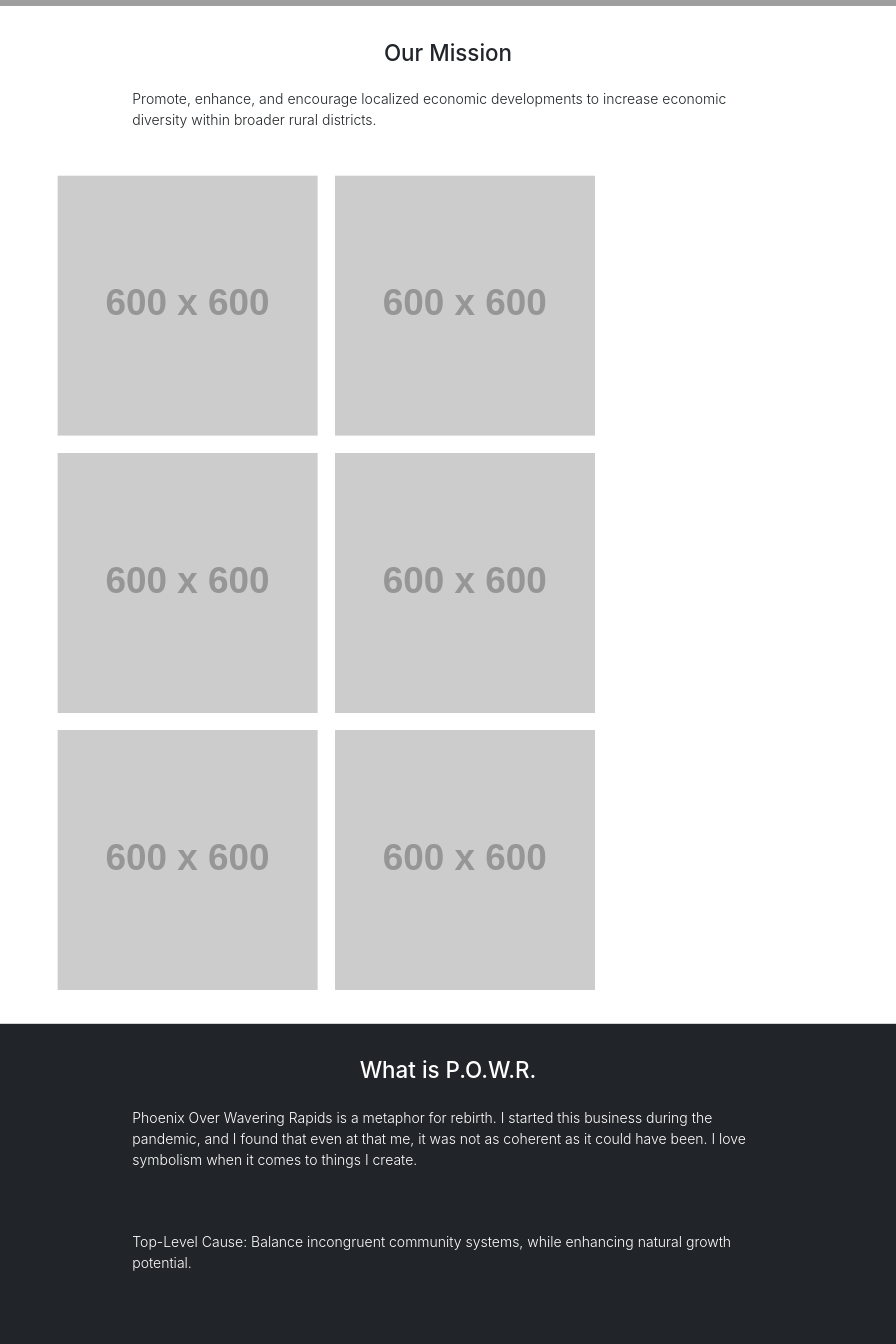
Repository: DragonFruit8/basic-website
Page: /
The author's editor kept a copy of each file at every save. The page is drawn from the files as they stood at one save, then again after a run of saves.
The browser window is 1280 px wide. The pictures show the part of the page from y = 712 to 2632 px (the page is 3681 px tall before and 2913 px after), at 70% of full size.
Pictures or frames that could not be fetched are drawn as grey boxes. The project was rebuilt for these pictures with package versions that can differ from the ones it lists, and the page was loaded fresh each time. Also part of the build but not shown: src/Img/ProductImage.js, src/pages/ShopPage.js.

Above is the page before, as saved 2024-06-23 09:38:08.

### public/index.html
<!DOCTYPE html>
<html lang="en">
  <head>
    <meta charset="utf-8" />
    <link rel="icon" href="%PUBLIC_URL%/favicon.ico" />
    <meta name="viewport" content="width=device-width, initial-scale=1" />
    <meta name="theme-color" content="#000000" />
    <meta
      name="description"
      content="Web site created using create-react-app"
    />
    <link rel="apple-touch-icon" href="%PUBLIC_URL%/logo192.png" />
    <!--
      manifest.json provides metadata used when your web app is installed on a
      user's mobile device or desktop. See https://developers.google.com/web/fundamentals/web-app-manifest/
    -->
    <link rel="manifest" href="%PUBLIC_URL%/manifest.json" />
    <link href="https://cdn.jsdelivr.net/npm/bootstrap@5.3.3/dist/css/bootstrap.min.css" rel="stylesheet" integrity="sha384-QWTKZyjpPEjISv5WaRU9OFeRpok6YctnYmDr5pNlyT2bRjXh0JMhjY6hW+ALEwIH" crossorigin="anonymous">
    <!--
      Notice the use of %PUBLIC_URL% in the tags above.
      It will be replaced with the URL of the `public` folder during the build.
      Only files inside the `public` folder can be referenced from the HTML.

      Unlike "/favicon.ico" or "favicon.ico", "%PUBLIC_URL%/favicon.ico" will
      work correctly both with client-side routing and a non-root public URL.
      Learn how to configure a non-root public URL by running `npm run build`.
    -->
    <title>React App</title>
  </head>
  <body>
    <noscript>You need to enable JavaScript to run this app.</noscript>
    <div id="root"></div>
    <!--
      This HTML file is a template.
      If you open it directly in the browser, you will see an empty page.

      You can add webfonts, meta tags, or analytics to this file.
      The build step will place the bundled scripts into the <body> tag.

      To begin the development, run `npm start` or `yarn start`.
      To create a production bundle, use `npm run build` or `yarn build`.
    -->
    <script src="https://cdn.jsdelivr.net/npm/@popperjs/core@2.11.8/dist/umd/popper.min.js" integrity="sha384-I7E8VVD/ismYTF4hNIPjVp/Zjvgyol6VFvRkX/vR+Vc4jQkC+hVqc2pM8ODewa9r" crossorigin="anonymous"></script>
<script src="https://cdn.jsdelivr.net/npm/bootstrap@5.3.3/dist/js/bootstrap.min.js" integrity="sha384-0pUGZvbkm6XF6gxjEnlmuGrJXVbNuzT9qBBavbLwCsOGabYfZo0T0to5eqruptLy" crossorigin="anonymous"></script>
  </body>
</html>

### src/App.js
import React from 'react';
import { BrowserRouter as Router, Routes, Route } from 'react-router-dom';
import './App.css';
import Navbar from './components/Navbar';
import Sidebar from './components/Sidebar';
import HomePage from './pages/HomePage';
import ShopPage from './pages/ShopPage';

function App() {

  return (
    <>
      <Router>
        <Navbar />
        <Sidebar />
        <Routes>
          <Route path="/" element={<HomePage />} />
          <Route path="/shop" element={<ShopPage />} />
        </Routes>
   </Router>
    </>
  );
}

export default App;

### src/App.css
.App {
  text-align: center;
  z-index: -10;
}

.App-logo {
  height: 40vmin;
  pointer-events: none;
  z-index: 0;
}

@media (prefers-reduced-motion: no-preference) {
  .App-logo {
    animation: App-logo-spin infinite 20s linear;
  }
}

.App-header {
  background-color: #282c34;
  min-height: 100vh;
  display: flex;
  flex-direction: column;
  align-items: center;
  justify-content: center;
  font-size: calc(10px + 2vmin);
  color: white;
}

.App-link {
  color: #61dafb;
}
#sidebar {
  display: flex;
  flex-direction: column;
  background-color: transparent !important;
  height: 100%;
  width: 100px;
  position: fixed;
  top: 55px;
  left: 0;
  z-index: 1;
  overflow-x: hidden;
  padding-top: 20px;
  z-index: 10;
  /* rounded corners*/
  border-radius: 100px;

}

#offcanvasNavbar{
  position: fixed;
  margin-top: 55px;
}

#sidebarButton {
  position: absolute;
  bottom: 100px;
  left: 0px;
  width: 75px;
  height: 75px;
  border: none;
  color: white;
  padding: 10px 10px;
  text-align: center;
  text-decoration: none;
  display: inline-block;
  font-size: 16px;
  margin: auto auto -30px 10px;
  cursor: pointer;
  z-index: 100;
  border-radius: 100%;
  background-color: #007bff;
}

#closeButton, .btn-close {
  color: white !important;
  margin-left: 15px;
}
#aboutSec {
  height: 75vh;
}
.offcanvas-body {
 padding: 0 100px 0 100px;
}
#luna {
  position: relative;
  background-size: cover;
  background-repeat: no-repeat;
  background-position: center;
  height: auto;
  width: 250px;
  margin: 0 auto;
}

/* HomePage Hero */
.hero {
  height: 100vh;
  width: 100%;
  display: flex;
  align-items: center;
  color: white !important;
  text-align: center;
  font-size: 2rem;
  font-weight: 700;
  background: url('https://unsplash.com/photos/photo-of-outer-space-Q1p7bh3SHj8');
  background-size: cover;
  background-repeat: no-repeat;
  background-position: center;
  background-color: rgba(0, 0, 0, 0.8);

}
.hero-content
.dropdown-item {
  width: 100%;
  margin: 0 auto;
  color: white;
  background-color: #007bff;
}
.dropdown-item:hover {
  background-color: #0056b3;
  color: white;
}


a.nav-link, a.nav-item {
  color: white !important;
}
a.nav-link, a.nav-item {
 padding: 20px 0 20px 0;
}

a.nav-link:hover, a.nav-item:hover {
  color: #ffd000 !important;
}
a.active {
  color: #007bff !important;
}

/* Shop */
.shop {
  height: auto;
  width: 100%;
  display: flex;
  align-items: center;
  color: white !important;
  flex-direction: col !important;
  text-align: center;
  font-size: 2rem;
  font-weight: 700;
  background: url('https://unsplash.com/photos/photo-of-outer-space-Q1p7bh3SHj8');
  background-size: cover;
  background-repeat: no-repeat;
  background-position: center;
  background-color: rgba(0, 0, 0, 0.8);
  flex-wrap: wrap;
  padding-top: 150px;
  padding: 150px 0 150px 0;

}
#shopItem {
  min-width: 400px;
  margin: 0 auto;
  color: white;
  list-style-type: none;
  padding: 0;
}

@keyframes App-logo-spin {
  from {
    transform: rotate(0deg);
  }
  to {
    transform: rotate(360deg);
  }
}

### src/components/Navbar.js
import React from 'react';
import data from '../../src/data';
// import axio from '../Instance';
// import Button from 'react-bootstrap/Button';
// import Modal from 'react-bootstrap/Modal';


const Navbar = () => {

    // const [email, setEmail] = useState('');
    // const [comment, setComment] = useState('');
    // const [show, setShow] = useState(false);

    // const handleClose = () => setShow(false);
    // const handleShow = () => setShow(true);

    // const clearForm = () => {
    //     setEmail('');
    //     setComment('');
    // };



    // const handleSubmit = (event) => {
    //     event.preventDefault();

    //     axio.post('/comments', {
    //         email,
    //         comment
    //     })
    //         .then(() => {
    //             console.log('Review submitted');
    //         })
    //         .catch((error) => {
    //             console.log(error);
    //         });
    //     clearForm();
    // };

    const path = window.location.pathname;
    return (
        <>
            {/* navbar navbar-expand-lg bg-body-tertiary navbar-dark bg-dark */}
            <nav className="navbar navbar-dark navbar-expand-lg bg-dark fixed-top">
                <div className="container-fluid ps-5">
                    <a className="navbar-brand" href="/">LOGO</a>
                    <button className="navbar-toggler" type="button" data-bs-toggle="collapse" data-bs-target="#navbarNav" aria-controls="navbarNav" aria-expanded="false" aria-label="Toggle navigation">
                        <span className="navbar-toggler-icon"></span>
                    </button>
                    <div className="collapse navbar-collapse" id="navbarNav">
                        <ul className="navbar-nav my-2 ms-auto me-0">
                            <li className="nav-item">
                                <a className={`nav-link ${path === `/${data.link1.b}` ? 'active' : ''}`} aria-current="page" href={`/${data.link1.b}`}>{data.link1.a}</a>
                            </li>
                            <li className="nav-item">
                                <a className={`nav-link ${path === `/${data.link2.b}` ? 'active' : ''}`} aria-current="page" href={`/${data.link2.b}`}>{data.link2.a}</a>
                            </li>
                            <li className="nav-item">
                                <a className={`nav-link ${path === `/${data.link3.b}` ? 'active' : ''}`} aria-current="page" href={`/${data.link3.b}`}>{data.link3.a}</a>
                            </li>
                        </ul>
                        {/* <span id='reviewModal' className="d-flex">
                                <Button variant="primary" onClick={handleShow}>Write a Review</Button>
                            </span> */}
                    </div>
                </div>
            </nav>
            {/* <Modal show={show} onHide={handleClose}>
                <Modal.Header closeButton>
                    <Modal.Title>Modal heading</Modal.Title>
                </Modal.Header>
                <Modal.Body>
                    <div
                        className="modal show"
                        style={{ display: 'block', position: 'initial' }}
                    >
                        <form // onSubmit={handleSubmit}
                        >
                            <div className="form-group">
                                <label htmlFor="email"
                                    className='form-label fs-5'
                                >Email</label>
                                <input
                                    type="email"
                                    id="email"
                                    value={email}
                                    onChange={(event) => setEmail(event.target.value)}
                                    required
                                    className='form-control'
                                />
                            </div>
                            <div className="form-group">
                                <label htmlFor="comment"
                                    className='form-label fs-5'
                                >Comment</label>
                                <textarea
                                    id="comment"
                                    value={comment}
                                    onChange={(event) => setComment(event.target.value)}
                                    required
                                    className='form-control'
                                />
                            </div>
                            <Button type="submit">Submit</Button>
                        </form>
                    </div>
                </Modal.Body>
                <Modal.Footer>
                    <Button variant="secondary" onClick={handleClose}>
                        Close
                    </Button>
                </Modal.Footer>
            </Modal> */}
        </>
    );
}

export default Navbar;

### src/components/Sidebar.js
import React from 'react'

export const canvasButton = () => {
    return (
        <button id='sidebarButton' className="btn btn-primary" type="button" data-bs-toggle="offcanvas" data-bs-target="#offcanvasNavbar" aria-controls="offcanvasNavbar">
        MENU
        </button>
    )
    }
export default function Sidebar() {

    return (
        <div>
            <sidebar id="sidebar" className="navbar bg-body-tertiary fixed-top">
                <div className="container-fluid">
                    <div className="offcanvas offcanvas-start bg-dark" tabindex="-1" id="offcanvasNavbar" aria-labelledby="offcanvasNavbarLabel">

                        <div className="offcanvas-body">
                            <ul className="navbar-nav justify-content-end flex-grow-1 pe-3 mt-5">

                                        <li><a className="nav-link" href="/shop">Shop</a></li>
                                        <li><a className="nav-link" href="/">Review</a></li>
                                        <li>
                                            <hr className="dropdown-divider" />
                                        </li>
                                        <li><a className="nav-link" href="/">Vote</a></li>
                            </ul>
                            {/* <form className="d-flex mt-3" role="search">
                                <input className="form-control me-2" type="search" placeholder="Search" aria-label="Search" />
                                <button className="btn btn-outline-success" type="submit">Search</button>
                            </form> */}
                        </div>
                    <div className="offcanvas-footer d-flex justify-content-start mb-5 ms-3">
                        {/* <h5 className="offcanvas-title" id="offcanvasNavbarLabel"></h5> */}
                        <button id='close' type="button" className="btn-close" data-bs-dismiss="offcanvas" aria-label="Close"></button>
                    </div>
                    </div>
                </div>
                {
                    canvasButton()
                }
            </sidebar>


        </div>
    )
}

### src/pages/HomePage.js
import React from 'react';
import MissionSec from '../sections/MissionSec';
import AboutSec from '../sections/AboutSec';
import ServiceSec from '../sections/ServiceSec';
import SupportSec from '../sections/SupportSec';
import HeroSec from '../sections/HeroSec';

const HomePage = () => {
    return (
        <>
            <HeroSec />
            <MissionSec />
            <AboutSec />
            <ServiceSec />
            <SupportSec />
        </>
    );
};

export default HomePage;

### src/data.js
const data = {
    thcProductsLink: { a: 'THC Products', b: 'thc-products' },
    ballroomDanceLessonsLink: { a: 'Ballroom Dance Lessons', b: 'ballroom-dance-lessons' },
    reviewsLink: { a: 'Reviews', b: 'reviews' },
    link1: { a: 'Shop', b: 'shop' },
    link2: { a: 'Review', b: 'review' },
    link3: { a: 'Vote', b: 'vote' }
};

export default data;

### src/sections/MissionSec.js
import React from 'react'

function MissionSec() {
  return (
      <section>
          <div className="container py-5">
          <div className="row justify-content-center gap-5">
            <div className="col-lg-10 d-flex row gap-4">
              <h2 className="text-center">Our Mission</h2>
                      <p className="lead">Promote, enhance, and encourage localized economic developments to increase economic
                          diversity within broader rural districts.</p>
            </div>

          <div className="d-flex flex-wrap gap-4">
            {/* Data Items .map + flex-wrap min-width */}
                  <div className="col-4">
                  <img src="https://via.placeholder.com/600" alt="placeholder" className="img-fluid" />
                  </div>
                  <div className="col-4">
                  <img src="https://via.placeholder.com/600" alt="placeholder" className="img-fluid" />
                  </div>
                  <div className="col-4">
                  <img src="https://via.placeholder.com/600" alt="placeholder" className="img-fluid" />
                  </div>
                  <div className="col-4">
                  <img src="https://via.placeholder.com/600" alt="placeholder" className="img-fluid" />
                  </div>
                  <div className="col-4">
                  <img src="https://via.placeholder.com/600" alt="placeholder" className="img-fluid" />
                  </div>
                  <div className="col-4">
                  <img src="https://via.placeholder.com/600" alt="placeholder" className="img-fluid" />
                  </div>
                              </div>
              </div>
        </div>
      </section>
  )
}

export default MissionSec

### src/sections/AboutSec.js
import React from 'react'

function AboutSec() {
  return (
      <section id="aboutSec" className='bg-dark text-white'>
          <div className="container py-5">
          <div className="row justify-content-center gap-5">
          <div className="col-lg-10 d-flex row gap-4">
              <h2 className="text-center">What is P.O.W.R.</h2>
            <p className="lead">Phoenix Over Wavering Rapids is a metaphor for rebirth. I started this business during the pandemic, and I
              found that even at that me, it was not as coherent as it could have been. I love symbolism when it comes to
              things I create.</p>
            <br />
            <p className="lead">Top-Level Cause: Balance incongruent community systems, while enhancing natural growth potential. </p>
          </div>
        </div>
      </div>
      </section>
  )
}

export default AboutSec

### src/sections/ServiceSec.js
import React from 'react'

function ServiceSec() {
  return (
    <section>
      <div className="container py-5">
        <div className="row justify-content-center gap-5">
          <div className="col-lg-10 d-flex row gap-4">
            <h2 className="text-center">Our Mission</h2>
          </div>

          <div class="container px-5">
            <div className="row justify-content-center flex-wrap">
            {/* Data Items .map + flex-wrap min-width */}
              <div className="col">
                <div class="card">
                  <div class="card-body">
                  <h2 className="card-title d-flex justify-content-center">Website Development</h2>
                    <img src="https://via.placeholder.com/600" alt="placeholder" className="img-fluid" />
                    <div class="card-footer d-flex p-0 mt-4">
                    <button className="btn btn-primary flex-fill">Button</button>
                    </div>
                  </div>
                </div>
              </div>
              <div className="col">
                <div class="card">
                  <div class="card-body">
                  <h2 className="card-title d-flex justify-content-center">Notary Public</h2>
                    <img src="https://via.placeholder.com/600" alt="placeholder" className="img-fluid" />
                    <div class="card-footer d-flex p-0 mt-4">
                    <button className="btn btn-primary flex-fill">Button</button>
                    </div>
                  </div>
                </div>
              </div>
              <div className="col">
                <div class="card">
                  <div class="card-body">
                  <h2 className="card-title d-flex justify-content-center">DJ Events</h2>
                    <img src="https://via.placeholder.com/600" alt="placeholder" className="img-fluid" />
                    <div class="card-footer d-flex p-0 mt-4">
                    <button className="btn btn-primary flex-fill">Button</button>
                    </div>
                  </div>
                </div>
              </div>
            </div>
                    </div>
          </div>
      </div>
    </section>
  )
}

export default ServiceSec

### src/sections/SupportSec.js
import React from 'react'
// import Badge from 'react-bootstrap/Badge';
import LunaLogo from '../Img/LunaLogo';

const SupportSec = () => {


    return (
      <section id="supportSec" className='bg-dark text-white'>
        <div className="container py-5">
          <div className="row justify-content-center gap-5">
            <div className="col-lg-12 d-flex row gap-5">
              <h2 className="text-center">Support</h2>
              <div className='row gap-5 flex-wrap my-2'>
                <div className='col py-2'>
                  <LunaLogo />
                </div>
                <div className='col py-2'>
                 <LunaLogo />
                </div>
                <div className='col py-2'>
                  <LunaLogo />
                </div>
                <div className='col py-2'>
                  <LunaLogo />
                </div>
                <div className='col py-2'>
                  <LunaLogo />
                </div>
                <div className='col py-2'>
                  <LunaLogo />
                </div>
              </div>
            </div>
          </div>
        </div>
      </section>

)
}

export default SupportSec

### src/sections/HeroSec.js
import React from 'react';

const HeroSec = () => {
    return (
        <section className="hero">
            <div className="container">
                <div className="row justify-content-center">
                    <div className="col-lg-6">
                        <div className="hero-content">
                            <h1>Welcome to My Website</h1>
                            <p>Discover the amazing POWR of our products.</p>
                            <button className="btn btn-primary">Get Started</button>
                        </div>
                    </div>
                </div>
            </div>
        </section>
    );
};

export default HeroSec;

### src/Img/LunaLogo.js
import React from 'react'
import '../../src/Img/Luna_logo.png'
const LunaLogo = () => {
    const logo = require('../../src/Img/Luna_logo.png')
  return (
      <div>
          <img id='luna' src={logo} alt="placeholder" className="img-fluid" />
      </div>
  )
}

export default LunaLogo

Loaded but not shown: src/index.js (common file); src/index.css (common file); src/reportWebVitals.js (common file)

After the next 5 saves:
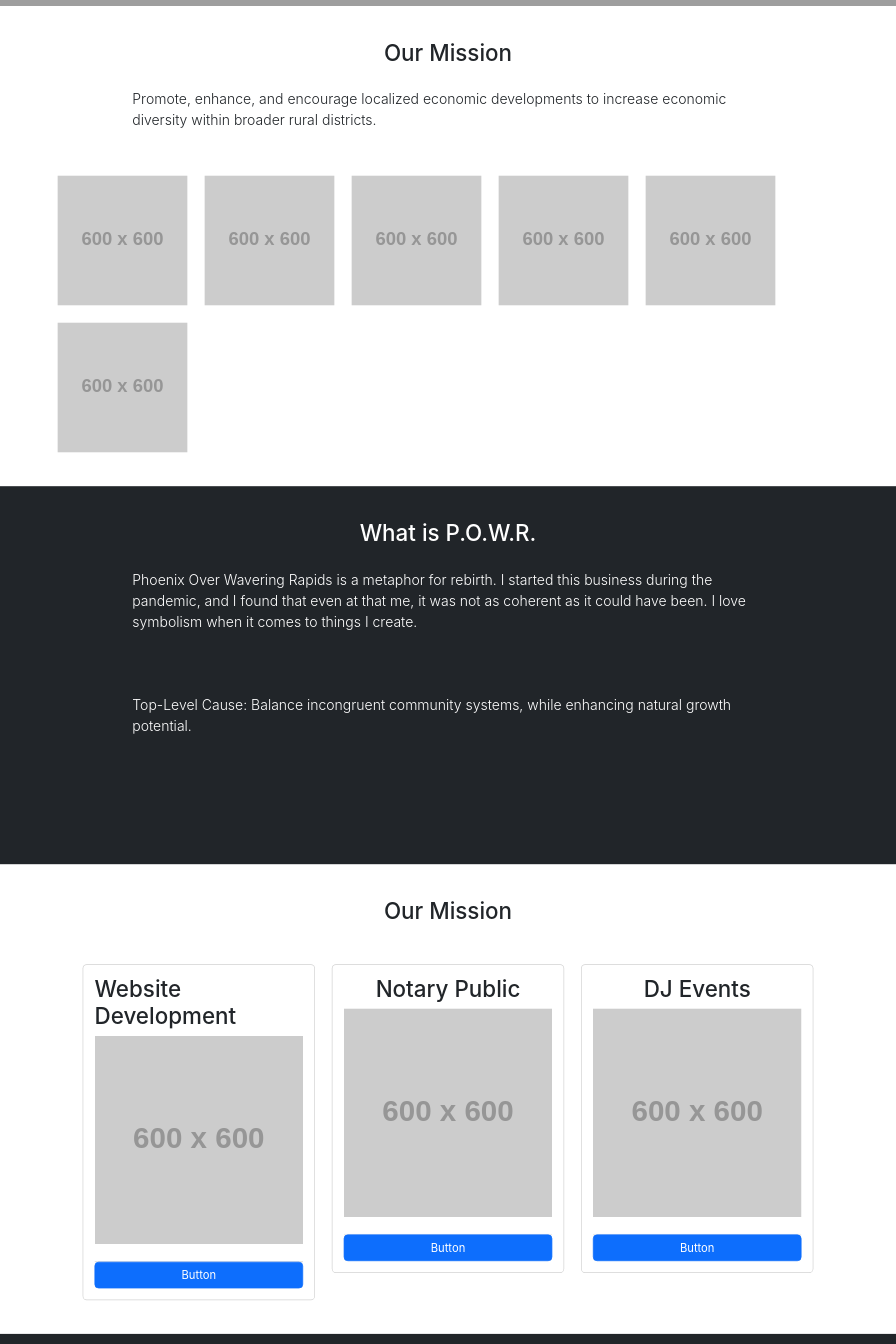
The 5 saves are shown as one change because they came seconds apart.
The last was saved 15 s later.
--- a/src/sections/MissionSec.js
+++ b/src/sections/MissionSec.js
@@ -13,22 +13,22 @@
 
           <div className="d-flex flex-wrap gap-4">
             {/* Data Items .map + flex-wrap min-width */}
-                  <div className="col-4">
+                  <div className="col-2">
                   <img src="https://via.placeholder.com/600" alt="placeholder" className="img-fluid" />
                   </div>
-                  <div className="col-4">
+                  <div className="col-2">
                   <img src="https://via.placeholder.com/600" alt="placeholder" className="img-fluid" />
                   </div>
-                  <div className="col-4">
+                  <div className="col-2">
                   <img src="https://via.placeholder.com/600" alt="placeholder" className="img-fluid" />
                   </div>
-                  <div className="col-4">
+                  <div className="col-2">
                   <img src="https://via.placeholder.com/600" alt="placeholder" className="img-fluid" />
                   </div>
-                  <div className="col-4">
+                  <div className="col-2">
                   <img src="https://via.placeholder.com/600" alt="placeholder" className="img-fluid" />
                   </div>
-                  <div className="col-4">
+                  <div className="col-2">
                   <img src="https://via.placeholder.com/600" alt="placeholder" className="img-fluid" />
                   </div>
                               </div>
